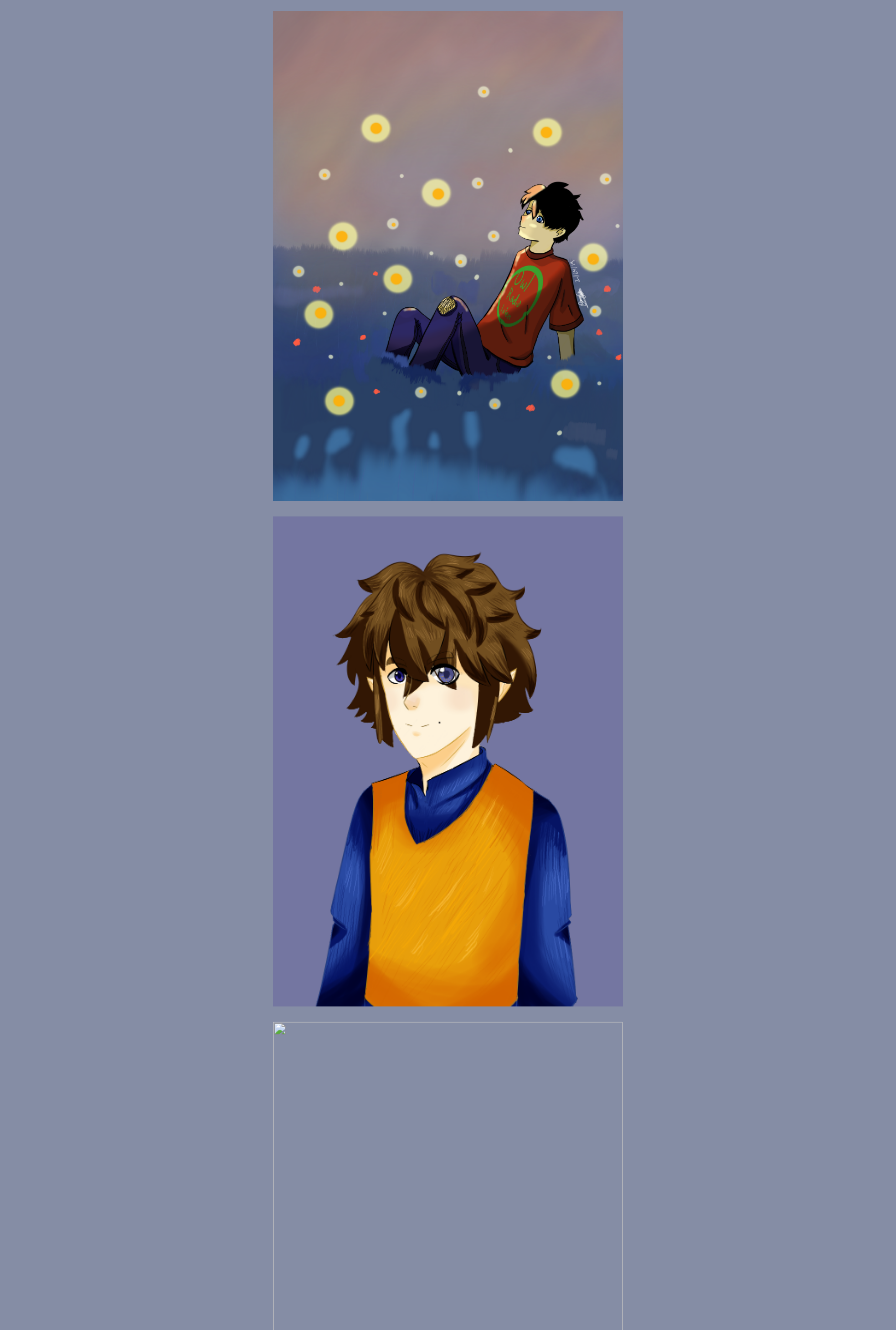
Repository: MaiJun21/MaiJun21.github.io
Page: drawings and artwork.html
The author's editor kept a record of every edit. The page is drawn from the files as they stood at one moment, then again after the next edit.
The browser window is 1280 px wide. The pictures show the part of the page from y = 2744 to 4644 px (the page is 4916 px tall before and 4230 px after), at 70% of full size.
A picture or video elsewhere on the page could not be fetched, so the positions and the page height are approximate.

Above is the page before.

### drawings and artwork.html
<!DOCTYPE html>
<html>
     <style>
    body{
        background-image: url('images/bg.png');
    }
    </style>
<head>
<title>Page Title</title>
</head>
<center>
<body>

<h1 style="text-align:center;">Artwork and Sketches</h1>
<a href="index.html">Home Page</a>
<br>
<br>

<div class="row">
  <div class="column">
    <<img src="images/scarecrow_as_wizard.jpg" alt="Drawing of Scarecrow from Wizard of Oz as an rpg magic class" width="500" height="700">
  </div>
  <div class="column">
    <img src="img_forest.jpg" alt="Forest" style="width:100%">
  </div>
  <div class="column">
    <img src="img_mountains.jpg" alt="Mountains" style="width:100%">
  </div>
</div>


<br>
<br>
<img src="images/fairy_lights.png" alt="Fairy Lights" width="500" height="700">

<br>
<br>
<img src="images/ladon_sprite.png" alt="Ladon" width="500" height="700">

<br>
<br>
<img src="" alt="" width="500" height="700">




</body>
</center>
</html>

After the next edit:
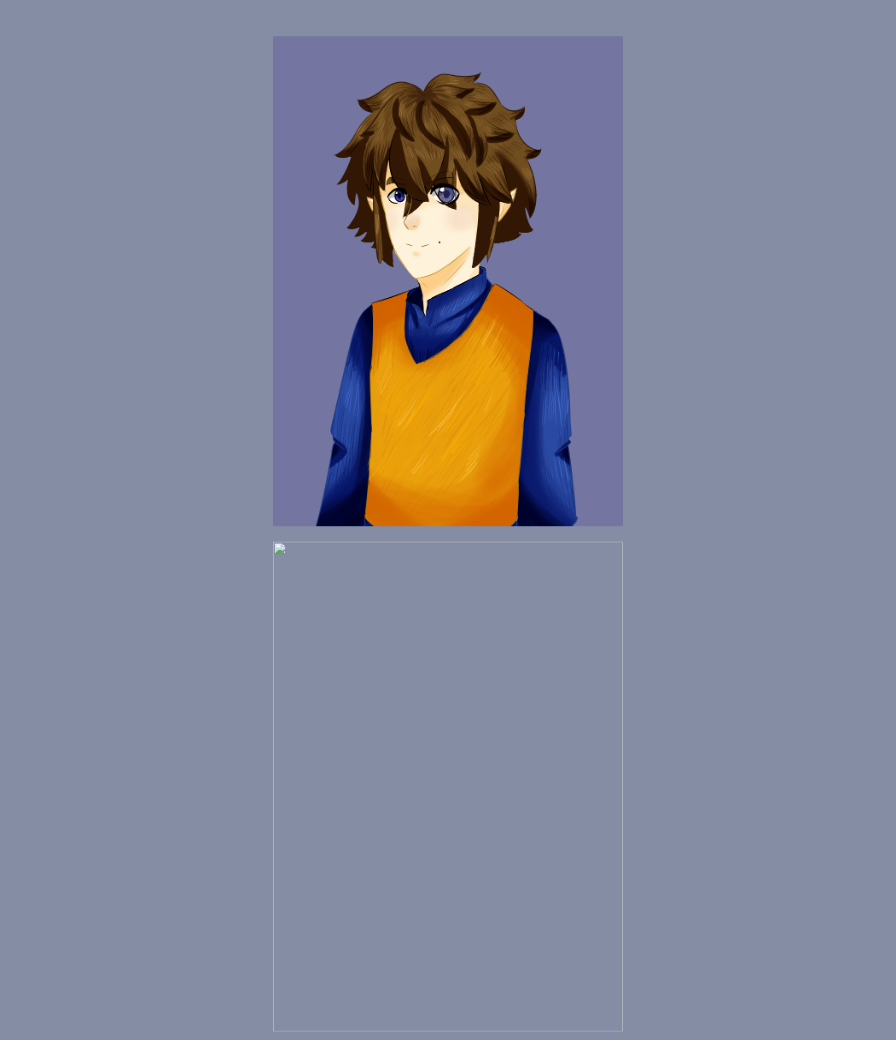
The edit:
--- a/drawings and artwork.html
+++ b/drawings and artwork.html
@@ -31,7 +31,6 @@
 
 <br>
 <br>
-<img src="images/fairy_lights.png" alt="Fairy Lights" width="500" height="700">
 
 <br>
 <br>
